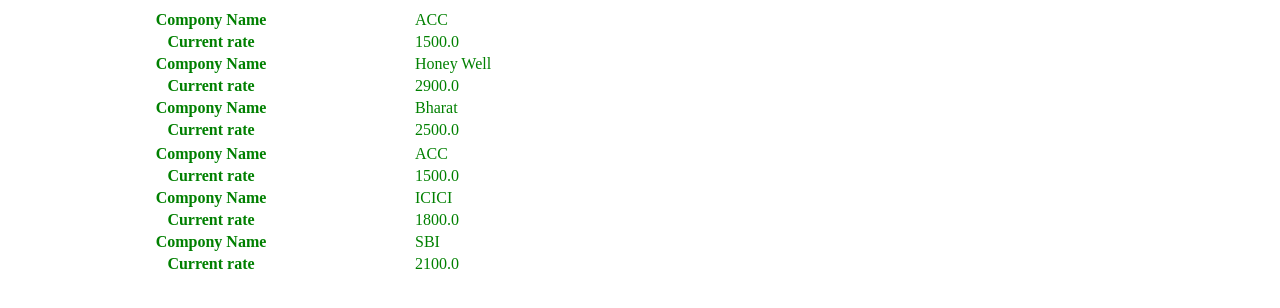
Repository: AmolRavan/StockMarket
Page: http://localhost/StockMarket/getStockInfo
An editor plug-in stored every save of this project. The page is shown before and after the next save, followed by the edit.
The browser window is 1280 px wide. The pictures show the whole page.
The page is served by Tomcat 9. Other server files are loaded and not shown. The template is opened directly, without the code that normally fills it, so the values that code supplies are empty.

Above is the page before, as saved 2019-02-23 09:15:53.

### StockMarket/src/main/webapp/WEB-INF/pages/MainPage.jsp

<%@ page language="java" contentType="text/html; charset=ISO-8859-1"
	pageEncoding="ISO-8859-1"%>
<%@ taglib uri="http://java.sun.com/jsp/jstl/core" prefix="c"%>
<%@ page isELIgnored="false"%>
<!DOCTYPE html PUBLIC "-//W3C//DTD HTML 4.01 Transitional//EN" "http://www.w3.org/TR/html4/loose.dtd">

<html>
<head>

<style type="text/css">
.myTd {
width: 400px;
}
</style>


<meta http-equiv="Content-Type" content="text/html; charset=ISO-8859-1">
<title>Insert title here</title>
</head>
<body>
	<c:set var="compony" value="${compony}" />
	<%-- <c:if test="${compony not empty}"> --%>
	<table style="color: green">
	<c:forEach items="${pList}" var="com" varStatus="status">

			<tr>
				<th class="myTd">Compony Name</th>
				<td class="myTd">${com.name}</td>
			</tr>

			<tr>
				<th class="myTd">Current rate</th>
				<td class="myTd">${com.currentRate}</td>
			</tr>

	</c:forEach>
	</table>

	<table style="color: green">
	<c:forEach items="${lList}" var="com" varStatus="status">

			<tr>
				<th class="myTd">Compony Name</th>
				<td class="myTd">${com.name}</td>
			</tr>

			<tr>
				<th class="myTd">Current rate</th>
				<td class="myTd">${com.currentRate}</td>
			</tr>

	</c:forEach>
	</table>
	<%-- 	</c:if> --%>
</body>
</html>

After the next save:
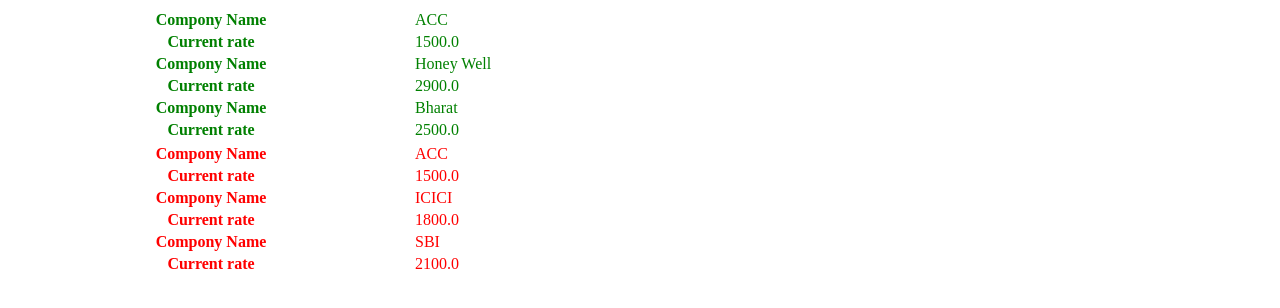
Saved 4 s later.
--- a/StockMarket/src/main/webapp/WEB-INF/pages/MainPage.jsp
+++ b/StockMarket/src/main/webapp/WEB-INF/pages/MainPage.jsp
@@ -37,7 +37,7 @@
 	</c:forEach>
 	</table>
 
-	<table style="color: green">
+	<table style="color: red">
 	<c:forEach items="${lList}" var="com" varStatus="status">
 
 			<tr>
